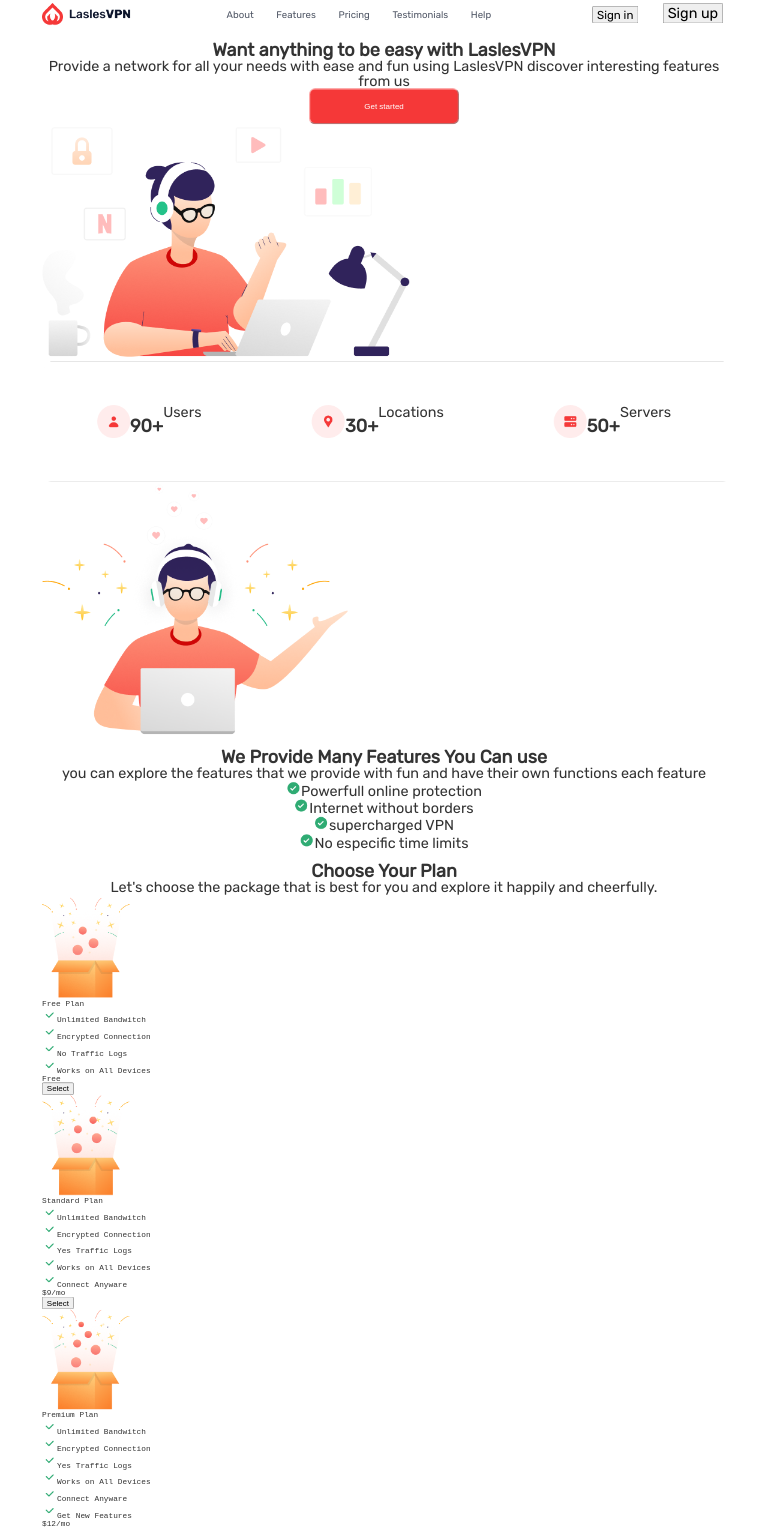
Repository: RaphaelMatheus-br/LP-251123
Page: index.html
An editor plug-in stored every save of this project. The page is shown before and after the next save, followed by the edit.
The browser window is 1280 px wide. The pictures show the whole page, at 60% of full size.

Above is the page before, as saved 2023-11-25 15:25:59.

### index.html
<!DOCTYPE html>
<html lang="en">

<head>
    <meta charset="UTF-8">
    <meta name="viewport" content="width=device-width, initial-scale=1.0">
    <title>Document</title>
    <link rel="stylesheet" href="style.css">
    <link rel="preconnect" href="https://fonts.googleapis.com">
<link rel="preconnect" href="https://fonts.gstatic.com" crossorigin>
<link href="https://fonts.googleapis.com/css2?family=Rubik&display=swap" rel="stylesheet">
</head>

<body>

<section class="container">
    <header class="header">
        <div class="logo">
            <img src="./imagens/Logo.png" alt="logo">
        </div>
        <div class="item1">
            <a href="#" class="item">About</a>
	        <a href="#" class="item">Features</a>
	        <a href="#" class="item">Pricing</a>
            <a href="#" class="item">Testimonials</a>
            <a href="#" class="item">Help</a>
        </div>
        <div class="item2">
            <div class="head__botao">
                <button class="item">Sign in</a>
            </div>
            <div class="head__botao--2">
                <button class="item">Sign up</a>
            </div>
        </div>
    </header>
</section>

<section class="container flex">
    <div class="item">
        <h1 class="sobre__titulo">Want anything to be easy with LaslesVPN</h1>
        <p class="sobre__descricao">Provide a network for all your needs with ease and fun using LaslesVPN discover interesting features from us</p>
        <button class="sobre__botao">Get started</button>
    </div>
    <div class="img">
        <img src="./imagens/Illustration 1.png" alt="ilutracao__1">
    </div>
</section>

<section class="container">
    <div class="item">
        <div class="rectangle">
            <div class="icons">
                <div class="user">
                    <img src="./imagens/user.png" alt="user__img">
                    <h1 class="sobre__user">90+</h1>
                    <p class="p__user">Users</p>
                </div>
                <div class="location">
                    <img src="./imagens/location.png" alt="location">
                    <h1 class="sobre__location">30+</h1>
                    <p class="p__location">Locations</p>
                </div>
                <div class="server">
                    <img src="./imagens/Server.png" alt="server">
                    <h1 class="sobre__server">50+</h1>
                    <p class="p__server">Servers</p>
                </div>
            </div>
        </div>
    </div>
</section>

<section class="container flex">
    <div class="img">
        <img src="./imagens/Illustration 2.png" alt="ilutracao__2">
    </div>

    <div class="item">
        <h1 class="sobre__titulo">We Provide Many Features You Can use</h1>
        <p class="sobre__descricao">you can explore the features that we provide with fun and have their own functions each feature</p>
        <ul class="list">
            <li><img src="./imagens/check.png" alt="check">Powerfull online protection</img></li>
            <li><img src="./imagens/check.png" alt="check">Internet without borders</img></li>
            <li><img src="./imagens/check.png" alt="check">supercharged VPN</img></li>
            <li><img src="./imagens/check.png" alt="check">No especific time limits</img></li>
        </ul>
    </div>
</section>

<section class="container flex" class="sessao__tres">
    <div class="item">
        <div class="choose__plan">
            <h1>Choose Your Plan</h1>
            <p>Let's choose the package that is best for you and explore it happily and cheerfully.</p>
        </div>
    </div>
</section>

<section class="container flex">

    <div class="free plan">
        <img src="./imagens/Free.png" alt="free">
        <h3>Free Plan</h3>
        <ul>
            <li><img src="./imagens/jam_check.png">Unlimited Bandwitch</li>
            <li><img src="./imagens/jam_check.png">Encrypted Connection</li>
            <li><img src="./imagens/jam_check.png">No Traffic Logs</li>
            <li><img src="./imagens/jam_check.png">Works on All Devices</li>
        </ul>
        <h2>Free</h2>
        <button class="price__botao">Select</button>
    </div>

    <div class="Standard plan">
        <img src="./imagens/Standard.png" alt="standard">
        <h3>Standard Plan</h3>
        <ul>
            <li><img src="./imagens/jam_check.png">Unlimited Bandwitch</li>
            <li><img src="./imagens/jam_check.png">Encrypted Connection</li>
            <li><img src="./imagens/jam_check.png">Yes Traffic Logs</li>
            <li><img src="./imagens/jam_check.png">Works on All Devices</li>
            <li><img src="./imagens/jam_check.png">Connect Anyware</li>
        </ul>
        <h2>$9/mo</h2>
        <button class="price__botao">Select</button>
    </div>

    <div class="Premium plan">
        <img src="./imagens/Premium.png" alt="premium">
        <h3>Premium Plan</h3>
        <ul>
            <li><img src="./imagens/jam_check.png">Unlimited Bandwitch</li>
            <li><img src="./imagens/jam_check.png">Encrypted Connection</li>
            <li><img src="./imagens/jam_check.png">Yes Traffic Logs</li>
            <li><img src="./imagens/jam_check.png">Works on All Devices</li>
            <li><img src="./imagens/jam_check.png">Connect Anyware</li>
            <li><img src="./imagens/jam_check.png">Get New Features</li>
        </ul>
        <h2>$12/mo</h2>
        <button class="price__botao">Select</button>
    </div>
</section>

</body>
</html>

### style.css
html, body, div, span, applet, object, iframe,
h1, h2, h3, h4, h5, h6, p, blockquote, pre,
a, abbr, acronym, address, big, cite, code,
del, dfn, em, img, ins, kbd, q, s, samp,
small, strike, strong, sub, sup, tt, var,
b, u, i, center,
dl, dt, dd, ol, ul, li,
fieldset, form, label, legend,
table, caption, tbody, tfoot, thead, tr, th, td,
article, aside, canvas, details, embed,
figure, figcaption, footer, header, hgroup,
menu, nav, output, ruby, section, summary,
time, mark, audio, video {
	margin: 0;
	padding: 0;
	border: 0;
	font-size: 100%;
	font: inherit;
	vertical-align: baseline;
    background: white;
}
/* HTML5 display-role reset for older browsers */
article, aside, details, figcaption, figure,
footer, header, hgroup, menu, nav, section {
	display: block;
}
body {
	line-height: 1;
}

ol, ul {
	list-style: none;
}
blockquote, q {
	quotes: none;
}
blockquote:before, blockquote:after,
q:before, q:after {
	content: '';
	content: none;
}
table {
	border-collapse: collapse;
	border-spacing: 0;
}

.container {
    max-width: 1140px;
    margin: 0 auto;
    position: relative;
}

.header {
    display: flex;
    justify-content: space-between;
    align-items: center;
    width: 100%;
}
/* Flex Item */
.item {
	margin: 5px;
	text-align: center;
	font-size: 1.5em;
    font-family: Rubik;
}

.item1 {
    display:flex;
    align-items: center;
    justify-content: space-between;
    max-width: 451px;
    width: 100%;
}

.item1 a{
    color: #4F5665;
    font-family: Rubik;
    font-size: 16px;
    font-style: normal;
    font-weight: 400;
    line-height: normal;
    text-decoration: none;
}

.item2 {
display: flex;
justify-content: space-between;
max-width: 233px;
width: 100%;
}
.head__botao {
    margin: 5px;
	text-align: center;
	font-size: 0.8em;
    font-weight: 700;
}

.head__botao a {
    color: #4F5665;
    font-family: Rubik;
    font-size: 16px;
    font-style: normal;
    font-weight: 400;
    line-height: normal;
    text-decoration: none;
}

.head__botao--2 a{
    color: #F53855;
    font-family: Rubik;
    font-size: 16px;
    font-style: normal;
    font-weight: 500;
    line-height: normal;
    width: 150px;
    height: 45px;
    flex-shrink: 0;
    border-radius: 50px;
    border: 1px solid #F53855;
    align-items: center;
    padding: 13px 45px;
}

h1 {
	text-align: center;
	margin: 20px 0 0 0;
	font-size: 1.25em;
	font-weight: 700;
}

body {
	font-family: monospace;
	color: #333;
}

.row {
	display: flex;
}
.sobre__titulo {
    font-weight: 700;
}

.sobre__descricao {
font-weight: 300;
}

.sobre__botao {
width: 250px;
height: 60px;
flex-shrink: 0;
border-radius: 10px;
border-color: rgba(255, 193, 193, 0.842);
background: #F53838;
color: white;
}

.rectangle {
display: flex;
width: 1140px;
height: 200px;
flex-shrink: 0;
border-radius: 10px;
background: gray;
border-color: white;
justify-content: space-between;
}

.icons {
width: 100%;
height: 100%;
flex-shrink: 0;
display: flex;
align-items: center;
position: absolute;
max-width: 100%;
justify-content: space-around;
background-color: none;
}

.user {
display: flex;;
margin-right: 20px;
margin-left: 10px;
}

.location {
display: flex;;
margin-right: 20px;
margin-left: 10px;
}

.server {
display: flex;;
margin-right: 20px;
margin-left: 10px;
}

.item__dois {
    flex-direction: row-reverse;
}

.sessao__tres{
    background-color: grey;
    align-content: center;
    padding-top: 50px;
}

After the next save:
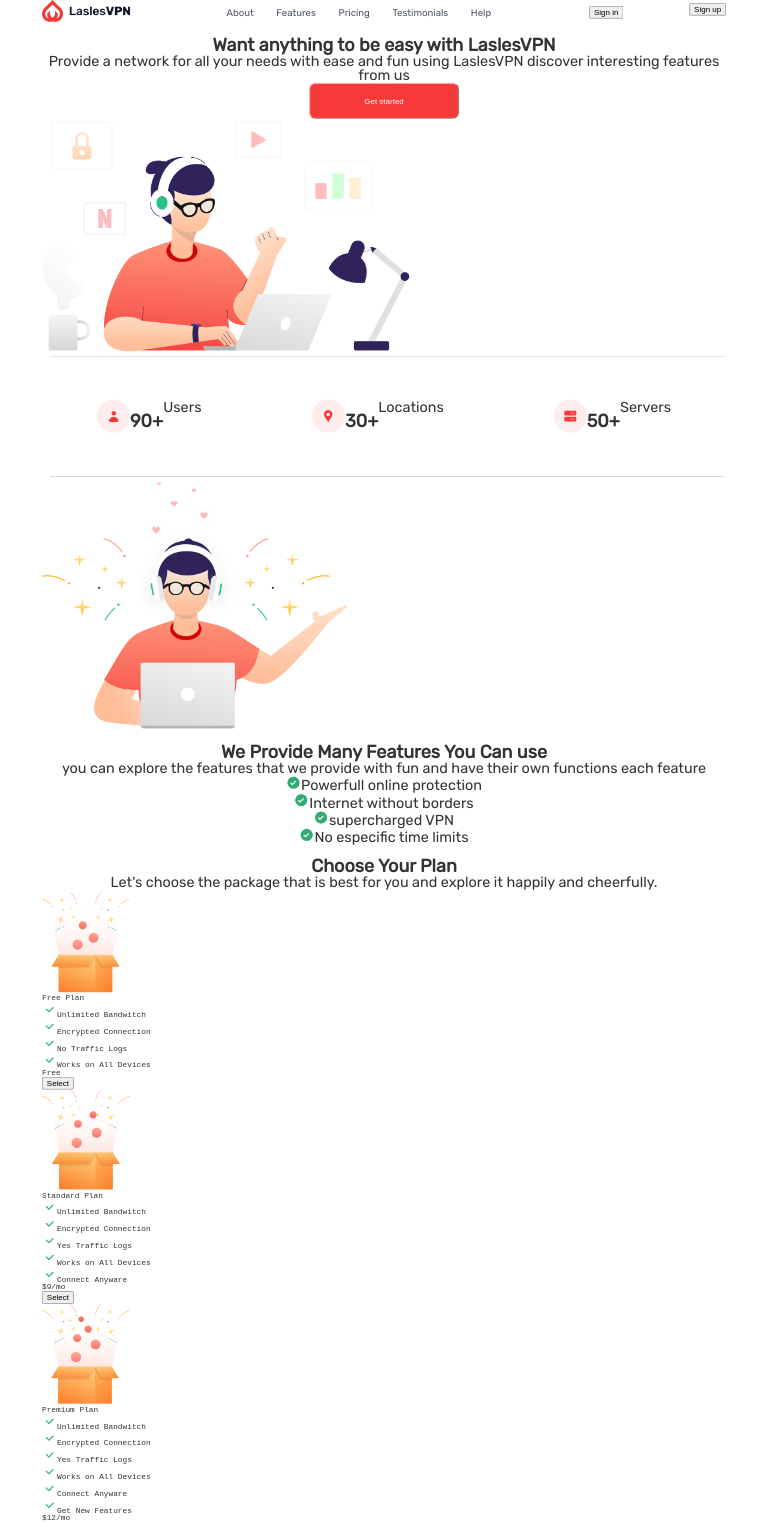
Saved 59 s later.
--- a/index.html
+++ b/index.html
@@ -27,10 +27,10 @@
         </div>
         <div class="item2">
             <div class="head__botao">
-                <button class="item">Sign in</a>
+                <button class="botao1">Sign in</a>
             </div>
             <div class="head__botao--2">
-                <button class="item">Sign up</a>
+                <button class="botao2">Sign up</a>
             </div>
         </div>
     </header>
